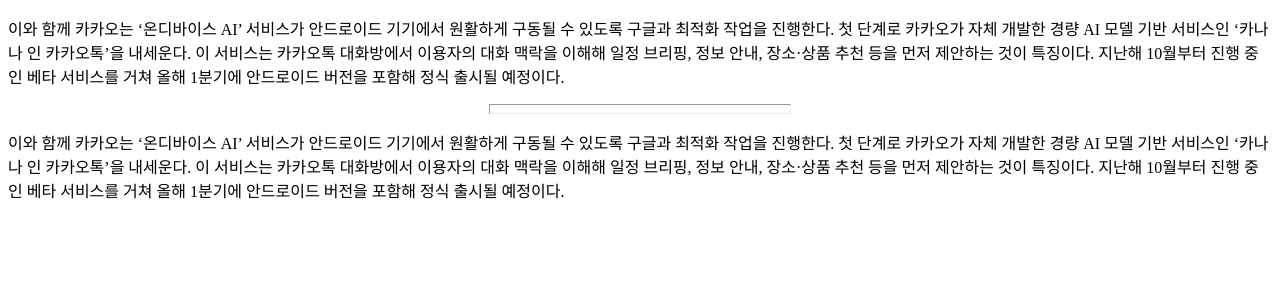
Repository: HongTaeHun337/HTML-CSS-JavaScript-
Page: html/HtmlTest/src/main/webapp/ex08_hr.html
The author's editor kept a copy of each file at every save. The page is drawn from the files as they stood at one save, then again after the next save.
The browser window is 1280 px wide. The pictures show the whole page.

Above is the page before, as saved 2026-02-13 00:44:07.

### html/HtmlTest/src/main/webapp/ex08_hr.html
<!DOCTYPE html>
<html>
<head>
<meta charset="UTF-8">
<title>Insert title here</title>
</head>
<body>
	<!-- ex08_hr.html -->
	<!--

		<hr> 태그
		- Horizontal Rule, 수평바
		- 문단과 문단을 구분하는 역할
		- 콘텐츠와 콘텐츠를 구분하는 역할
		- 단독태그

		hr 속성
		1. size: 선의 두께
		2. width: 선의 너비


		HTML 속성값의 형태(***)
		1. 숫자형
			- 단위 없음: 픽셀(pixel, 화소) > ? > 화상을 구성하는 최소 단위(단일 색상을 가지는 점 1개)
			- 단위 없음: 글꼴 크기
			- 단위 없음: 글자 개수

	 -->

	 <p>이와 함께 카카오는 ‘온디바이스 AI’ 서비스가 안드로이드 기기에서 원활하게 구동될 수 있도록 구글과 최적화 작업을 진행한다.
	 첫 단계로 카카오가 자체 개발한 경량 AI 모델 기반 서비스인 ‘카나나 인 카카오톡’을 내세운다. 이 서비스는 카카오톡 대화방에서
	 이용자의 대화 맥락을 이해해 일정 브리핑, 정보 안내, 장소·상품 추천 등을 먼저 제안하는 것이 특징이다.
	 지난해 10월부터 진행 중인 베타 서비스를 거쳐 올해 1분기에 안드로이드 버전을 포함해 정식 출시될 예정이다.</p>

	 <hr size = "10" width = "300">

	 <p>이와 함께 카카오는 ‘온디바이스 AI’ 서비스가 안드로이드 기기에서 원활하게 구동될 수 있도록 구글과 최적화 작업을 진행한다.
	 첫 단계로 카카오가 자체 개발한 경량 AI 모델 기반 서비스인 ‘카나나 인 카카오톡’을 내세운다. 이 서비스는 카카오톡 대화방에서
	 이용자의 대화 맥락을 이해해 일정 브리핑, 정보 안내, 장소·상품 추천 등을 먼저 제안하는 것이 특징이다.
	 지난해 10월부터 진행 중인 베타 서비스를 거쳐 올해 1분기에 안드로이드 버전을 포함해 정식 출시될 예정이다.</p>


</body>
</html>

After the next save:
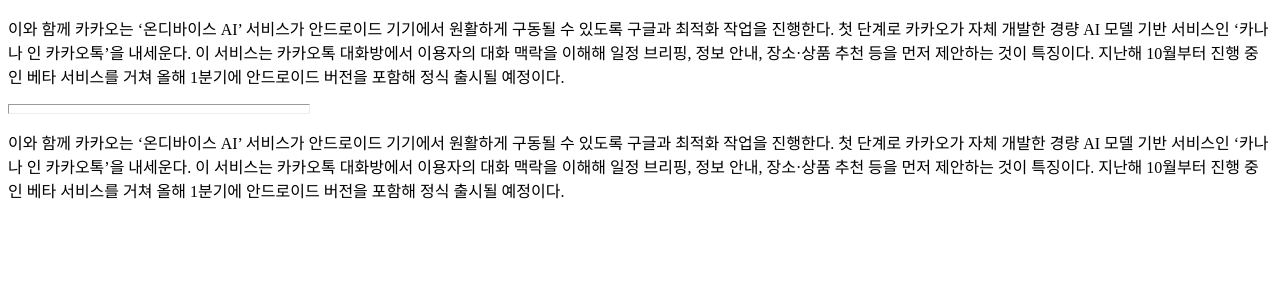
Saved 28 s later.
--- a/html/HtmlTest/src/main/webapp/ex08_hr.html
+++ b/html/HtmlTest/src/main/webapp/ex08_hr.html
@@ -32,7 +32,7 @@
 	 이용자의 대화 맥락을 이해해 일정 브리핑, 정보 안내, 장소·상품 추천 등을 먼저 제안하는 것이 특징이다.
 	 지난해 10월부터 진행 중인 베타 서비스를 거쳐 올해 1분기에 안드로이드 버전을 포함해 정식 출시될 예정이다.</p>
 
-	 <hr size = "10" width = "300">
+	 <hr size = "10" width = "300" align = "left">
 
 	 <p>이와 함께 카카오는 ‘온디바이스 AI’ 서비스가 안드로이드 기기에서 원활하게 구동될 수 있도록 구글과 최적화 작업을 진행한다.
 	 첫 단계로 카카오가 자체 개발한 경량 AI 모델 기반 서비스인 ‘카나나 인 카카오톡’을 내세운다. 이 서비스는 카카오톡 대화방에서

After the save that followed:
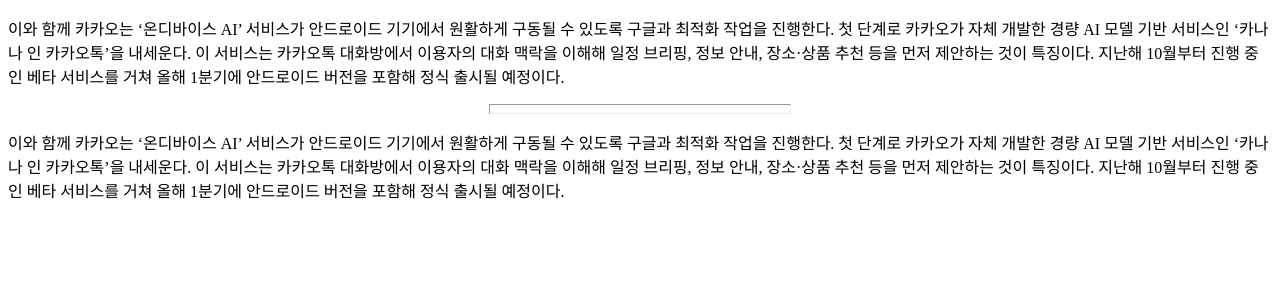
Saved 13 s later.
--- a/html/HtmlTest/src/main/webapp/ex08_hr.html
+++ b/html/HtmlTest/src/main/webapp/ex08_hr.html
@@ -21,7 +21,7 @@
 
 		HTML 속성값의 형태(***)
 		1. 숫자형
-			- 단위 없음: 픽셀(pixel, 화소) > ? > 화상을 구성하는 최소 단위(단일 색상을 가지는 점 1개)
+			- 단위 없음: 픽셀(pixel, 화소) > ? > 화상을 구성하는 최소 단위(단일 색상을 가지는 점 1개) > 절대값
 			- 단위 없음: 글꼴 크기
 			- 단위 없음: 글자 개수
 
@@ -32,7 +32,7 @@
 	 이용자의 대화 맥락을 이해해 일정 브리핑, 정보 안내, 장소·상품 추천 등을 먼저 제안하는 것이 특징이다.
 	 지난해 10월부터 진행 중인 베타 서비스를 거쳐 올해 1분기에 안드로이드 버전을 포함해 정식 출시될 예정이다.</p>
 
-	 <hr size = "10" width = "300" align = "left">
+	 <hr size = "10" width = "300" align = "">
 
 	 <p>이와 함께 카카오는 ‘온디바이스 AI’ 서비스가 안드로이드 기기에서 원활하게 구동될 수 있도록 구글과 최적화 작업을 진행한다.
 	 첫 단계로 카카오가 자체 개발한 경량 AI 모델 기반 서비스인 ‘카나나 인 카카오톡’을 내세운다. 이 서비스는 카카오톡 대화방에서
